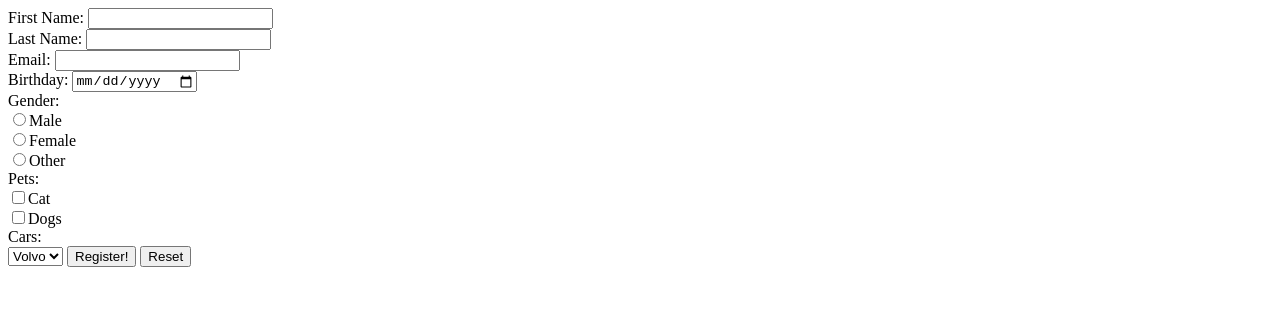
Repository: rileymeye1/ZTM
Page: register.html
These files come from the project's save history. The page is drawn as it stood at one moment and after the next save; the edit follows.
The browser window is 1280 px wide. The pictures show the whole page.

Above is the page before, as saved 2024-08-17 22:26:15.

### register.html
<!DOCTYPE html>
<html lang="en">
  <head>
    <meta charset="UTF-8">
    <meta name="viewport" content="width=device-width, initial-scale=1.0">
    <title>Register</title>
  </head>
  <body>
    <form>
      First Name: <input type="text"><br>
      Last Name: <input type="text"><br>
      Email: <input type="email" required><br>
      Birthday: <input type="date"><br>
      Gender:<br>
      <input type="radio" name="gender">Male<br>
      <input type="radio" name="gender">Female<br>
      <input type="radio" name="gender">Other<br>
      Pets:<br>
      <input type="checkbox">Cat<br>
      <input type="checkbox">Dogs<br>
      Cars:<br>
      <select>
        <option value="volvo">Volvo</option>
        <option value="Audi">Audi</option>
      </select>
      <input type="submit" value="Register!">
      <input type="reset">
    </form>
  </body>
</html>

After the next save:
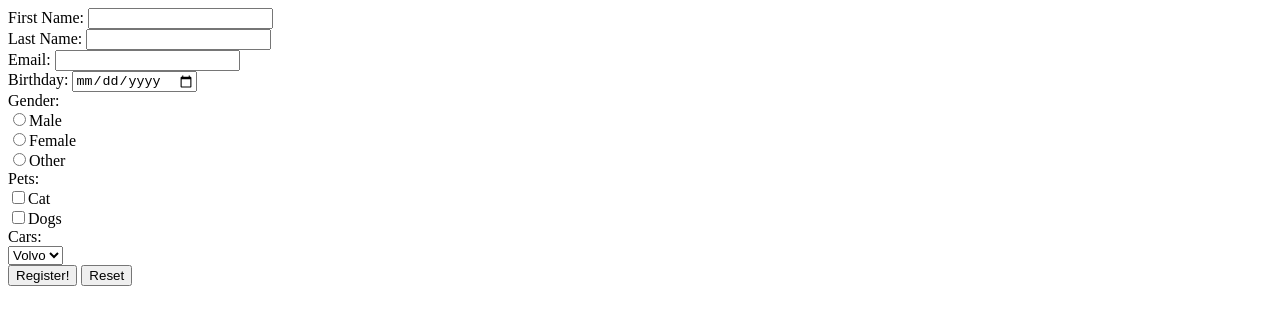
Saved 18 s later.
--- a/register.html
+++ b/register.html
@@ -22,7 +22,7 @@
       <select>
         <option value="volvo">Volvo</option>
         <option value="Audi">Audi</option>
-      </select>
+      </select><br>
       <input type="submit" value="Register!">
       <input type="reset">
     </form>
